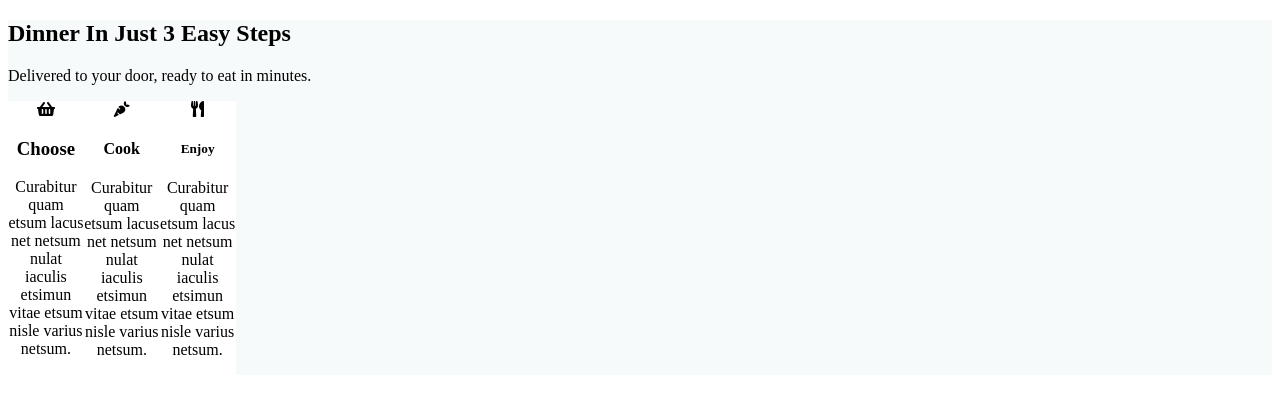
Repository: ST-United-Internship/leadpage
Page: wrapper-UI.html
These files come from the project's save history. The page is drawn as it stood at one moment and after a run of saves; the edit follows.
The browser window is 1280 px wide. The pictures show the whole page.

Above is the page before, as saved 2023-03-15 13:47:01.

### wrapper-UI.html
<!DOCTYPE html>
<html lang="en">
<head>
    <meta charset="UTF-8">
    <meta http-equiv="X-UA-Compatible" content="IE=edge">
    <meta name="viewport" content="width=device-width, initial-scale=1.0">
    <title>Document</title>
    <link rel="stylesheet" href="css/wrapper-UI.css">
    <link rel="stylesheet" href="css/common.css">
    <link rel="stylesheet" href="https://use.fontawesome.com/releases/v5.15.4/css/all.css" integrity="sha384-DyZ88mC6Up2uqS4h/KRgHuoeGwBcD4Ng9SiP4dIRy0EXTlnuz47vAwmeGwVChigm" crossorigin="anonymous"/>
</head>
<body>
    <section>
        <div class="about">
            <div class="title-text">
                <h2>Dinner In Just 3 Easy Steps</h2>
                <p>Delivered to your door, ready to eat in minutes.</p>
            </div>
            <div class="card-container">
                <div class="card-title">
                    <div class="card-wrapper">
                        <i class="fas fa-shopping-basket"></i>
                        <h3>Choose</h3>
                        <p>Curabitur quam etsum lacus net netsum nulat iaculis etsimun vitae etsum nisle varius netsum.</p>
                    </div>
                    <div class="card-wrapper">
                        <i class="fas fa-carrot"></i>
                        <h4>Cook</h4>
                        <p>Curabitur quam etsum lacus net netsum nulat iaculis etsimun vitae etsum nisle varius netsum.</p>
                    </div>
                    <div class="card-wrapper">
                        <i class="fas fa-utensils"></i>
                        <h5>Enjoy</h5>
                        <p>Curabitur quam etsum lacus net netsum nulat iaculis etsimun vitae etsum nisle varius netsum.</p>
                    </div>
                </div>
                <div></div>
                <div></div>
            </div>
        </div>
    </section>
</body>
</html>

### css/wrapper-UI.css
/* .about{
    background-color: #f7fafa;
}

.about .title-text{
    text-align: center;
    padding: 90px;
}

.about .title-text h2{
    font-size: 36px;
    margin: 0px 0px 10px 0px;
}

.about .title-text p{
    font-size: 18px;
    font-family: 'Open Sans', sans-serif;
    margin: 0;
    font-weight: 400;
    color: #7c8595;
}

.about .card-coutainer{
    display: flex;
    background-color: #fefefe;
}


.about .card-coutainer .card-title{
    text-align: center;
    width: 18%;
}
.card-wrapper{
    transition: transform 0.5s linear;
}
.card-wrapper:hover {
  border: 1px solid #27b36a;
  transform: scale(1.05, 1.05);
} */

.about{
    background-color:#f7fafa ;
}

.about .card-container{
    width: 18%;
}
.about .card-container .card-title {
    display: flex;
    /* width: 25%; */
}

.card-wrapper{
    background-color: #FFF;
    text-align: center;
    transition: transform 0.5s linear;
}

.card-wrapper:hover{
    border: 1px solid #27b36a;
    transform: scale(1.05, 1.05);
}

### css/common.css
.container {
  max-width: 80%;
  margin: auto;
  border: 1px solid blue;
}
.card {
  width: 400px;
}
.space-vertical {
  padding: 20px 0;
}

.space-horizontal {
  padding: 0 20px;
}

*,
**,
*::before,
*::after {
  box-sizing: border-box;
}

After the next 2 saves:
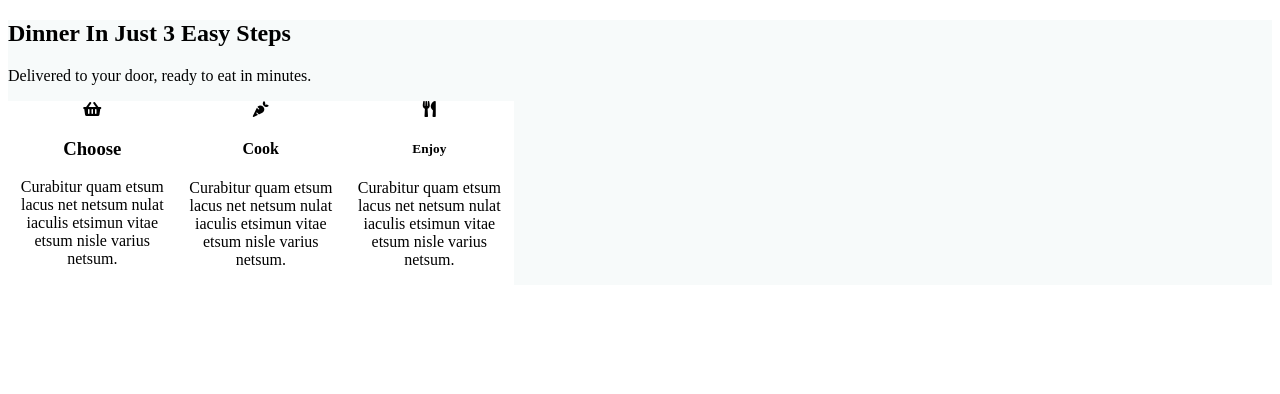
The 2 saves are shown as one change because they came seconds apart.
The last was saved 7 s later.
--- a/css/wrapper-UI.css
+++ b/css/wrapper-UI.css
@@ -43,7 +43,7 @@
 }
 
 .about .card-container{
-    width: 18%;
+    width: 40%;
 }
 .about .card-container .card-title {
     display: flex;
